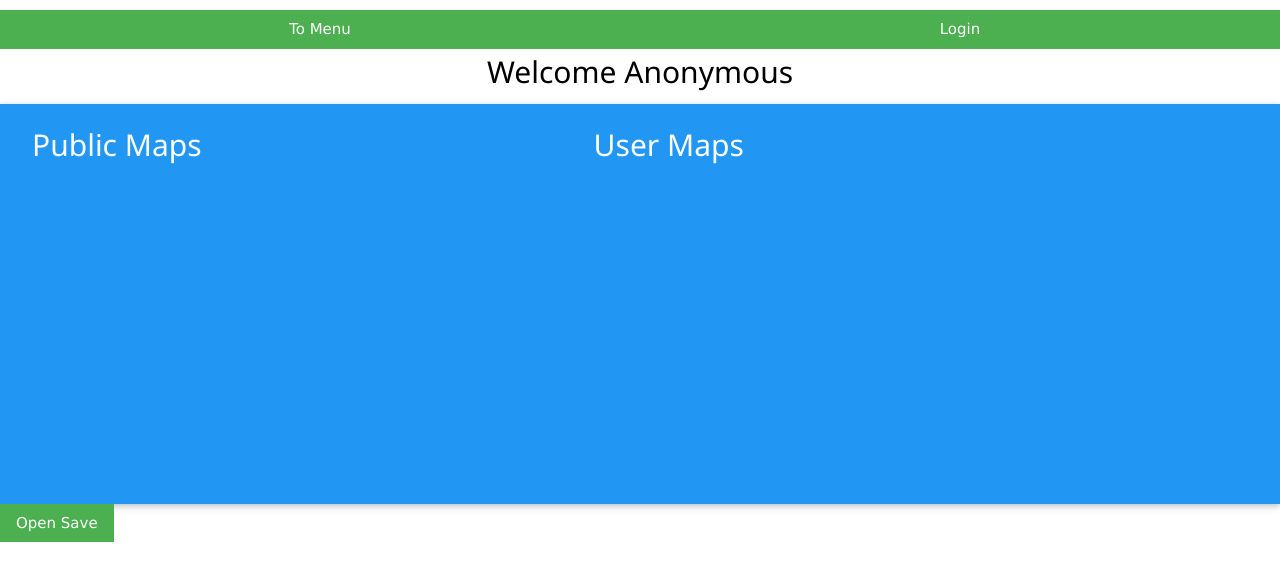
Repository: ReactorDevelopment/environment
Page: public/database.html
The author's editor kept a record of every edit. The page is drawn from the files as they stood at one moment, then again after the next edit.
The browser window is 1280 px wide. The pictures show the whole page.
The page's requests for data from a server got no answer.

Above is the page before.

After the next edit:
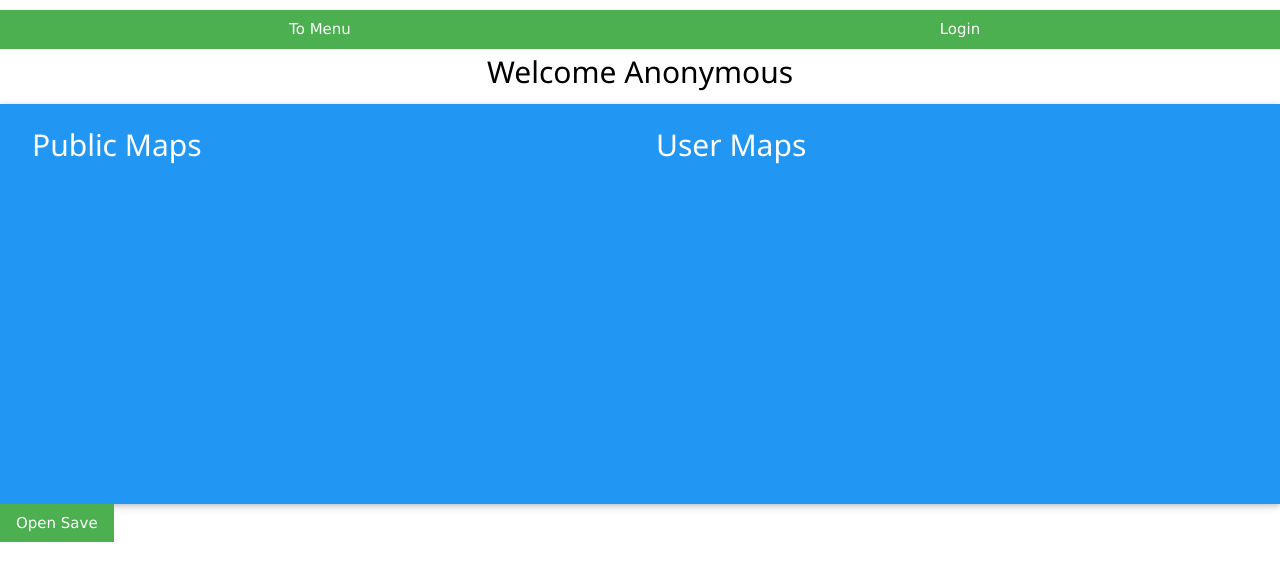
The edit:
--- a/public/database.html
+++ b/public/database.html
@@ -13,7 +13,7 @@
         </div>
         <h2 id="welcome" class="w3-center"></h2>
         <div style="height:400px; width:100%; margin: auto;" class="w3-container w3-blue w3-card">
-            <ul id="saveHolder" class="w3-ul w3-half" style="width:45%; height:100%; overflow:auto;">
+            <ul id="saveHolder" class="w3-ul w3-half" style="width:50%; height:100%; overflow:auto;">
                 <li><h2>Public Maps</h2></li>
             </ul>
             <ul id="userSaveHolder" class="w3-ul w3-half" style="width:45%; height:100%; overflow:auto;">
